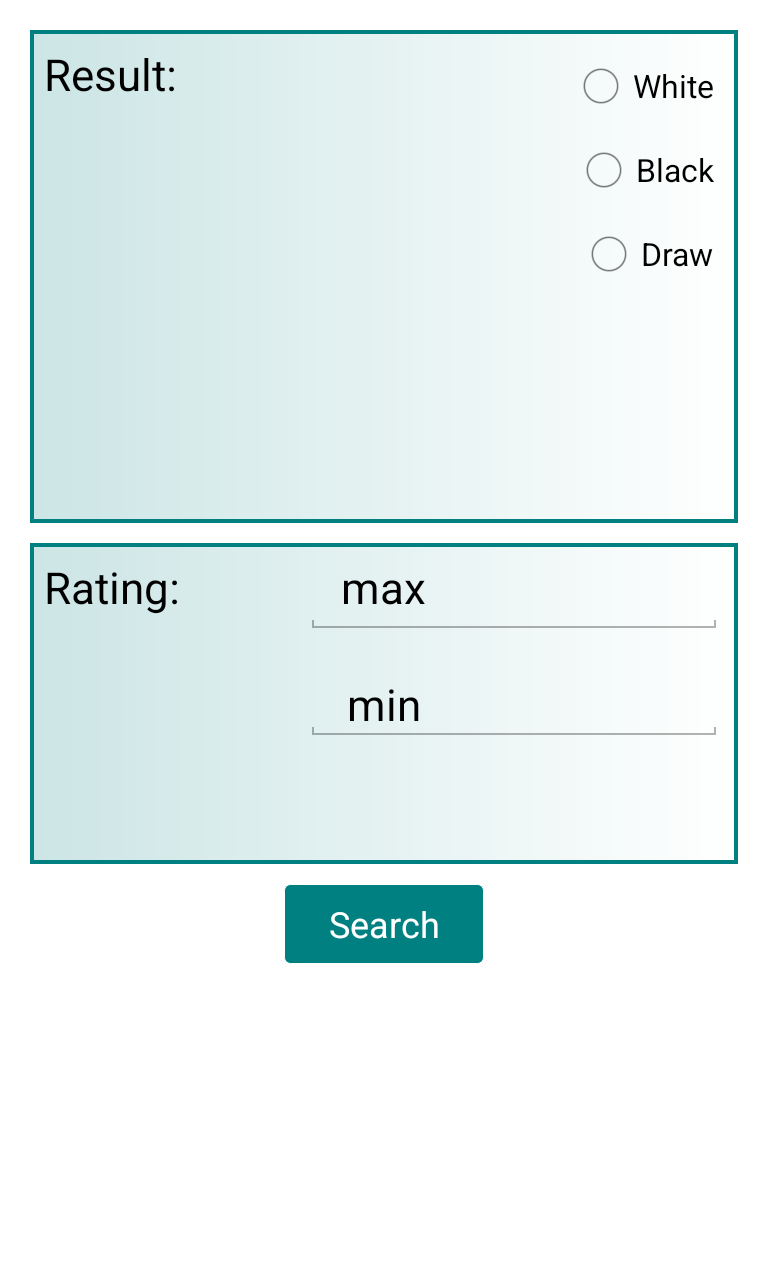
Repository: zyixc/ProjectChessV2
Layout: ChessMasters/res/layout/fragment_compare_screen.xml
An editor plug-in stored every save of this project. The layout is shown before and after the next save, followed by the edit.
It is drawn on a 768 x 1280 px phone screen (xhdpi) without system bars, with theme AppTheme; the app's code is not run.

Above is the layout before, as saved 2014-06-25 13:20:59.

After the next save:
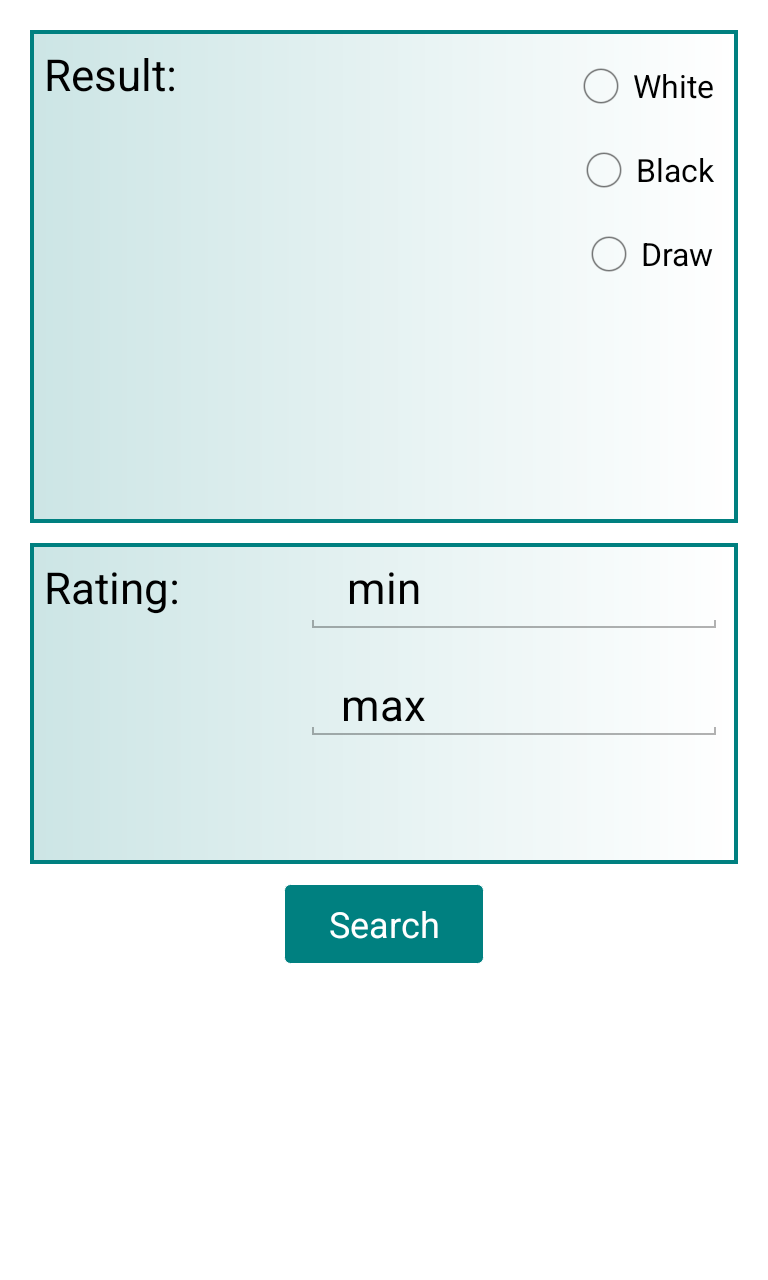
Saved 51 s later.
--- a/ChessMasters/res/layout/fragment_compare_screen.xml
+++ b/ChessMasters/res/layout/fragment_compare_screen.xml
@@ -69,26 +69,26 @@
             android:layout_gravity="left|top" />
 
         <TextView
+            android:id="@+id/FCS_rating_max"
             android:layout_width="wrap_content"
             android:layout_height="wrap_content"
-            android:textAppearance="@android:style/TextAppearance.DeviceDefault.Large"
+            android:layout_gravity="center"
             android:text="@string/compare_screen_rating_max"
-            android:id="@+id/FCS_rating_max"
-            android:layout_gravity="center_horizontal|top" />
+            android:textAppearance="@android:style/TextAppearance.DeviceDefault.Large" />
 
         <TextView
+            android:id="@+id/FCS_rating_min"
             android:layout_width="wrap_content"
             android:layout_height="wrap_content"
-            android:textAppearance="@android:style/TextAppearance.DeviceDefault.Large"
+            android:layout_gravity="top|center"
             android:text="@string/compare_screen_rating_min"
-            android:id="@+id/FCS_rating_min"
-            android:layout_gravity="center" />
+            android:textAppearance="@android:style/TextAppearance.DeviceDefault.Large" />
 
         <EditText
             android:id="@+id/FCS_rating_max_editText"
             android:layout_width="wrap_content"
             android:layout_height="wrap_content"
-            android:layout_gravity="top|right"
+            android:layout_gravity="right|center"
             android:ems="10"
             android:inputType="number" />
 
@@ -96,7 +96,7 @@
             android:id="@+id/FCS_rating_min_editText"
             android:layout_width="wrap_content"
             android:layout_height="wrap_content"
-            android:layout_gravity="right|center_vertical"
+            android:layout_gravity="top|right"
             android:ems="10"
             android:inputType="number" />
 
